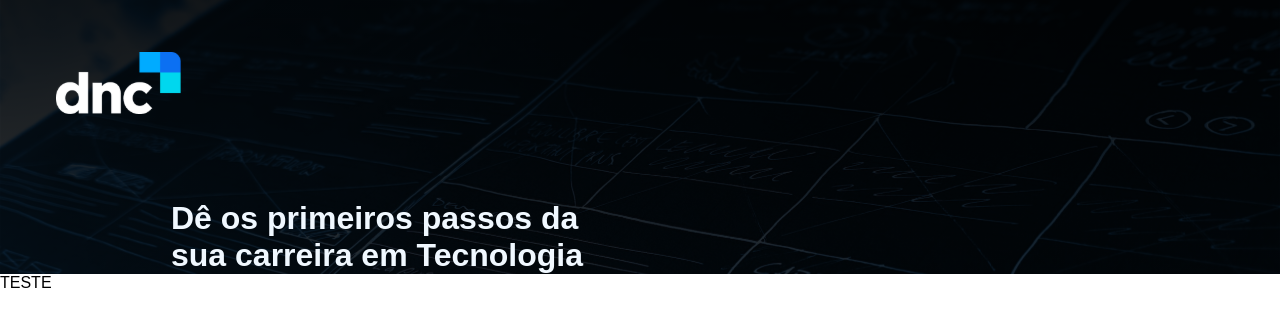
Repository: kleber-goncalves/Landing-Page-dnc
Page: src/index.html
These files come from the project's save history. The page is drawn as it stood at one moment and after the next save; the edit follows.
The browser window is 1280 px wide. The pictures show the whole page.

Above is the page before, as saved 2024-12-09 19:39:49.

After the next save:
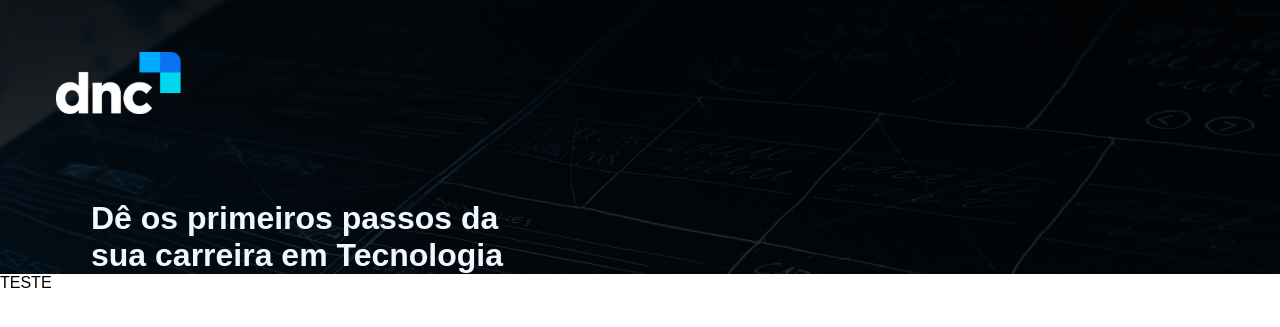
Saved 118 s later.
--- a/src/style.css
+++ b/src/style.css
@@ -23,6 +23,6 @@
 
 #titulo {
   display: flex;
-  margin-left: -10px;
+  margin-left: -90px;
   margin-top: 200px;
 }
